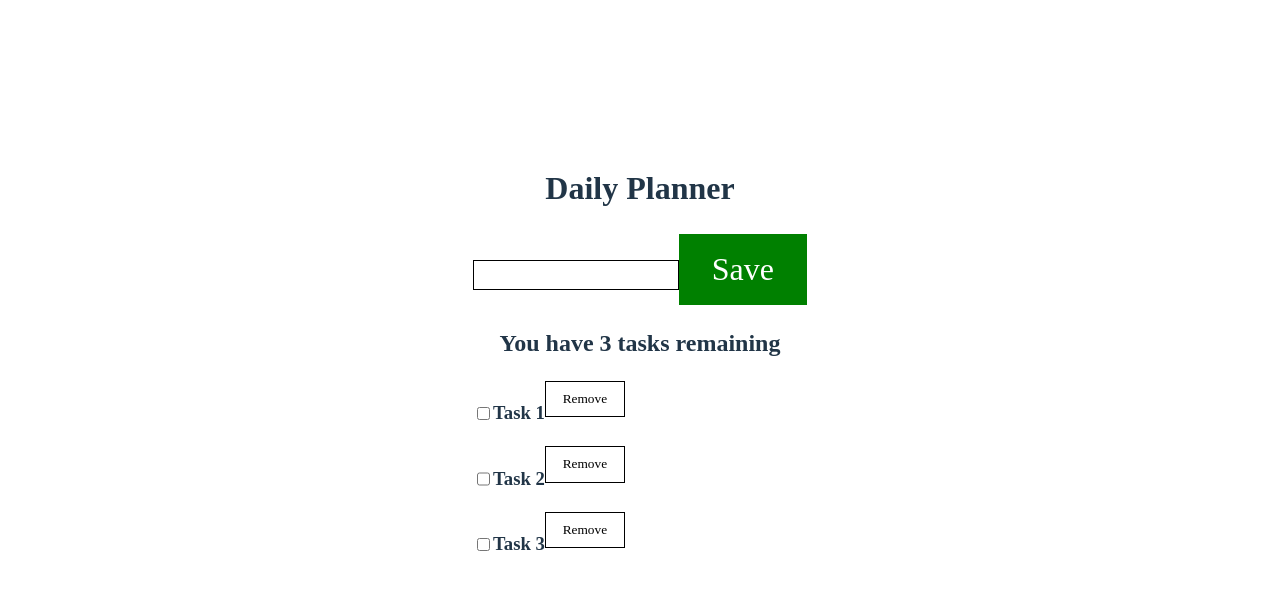
Repository: SamanthaYan298/my_planner
Page: /
These files come from the project's save history. The page is drawn as it stood at one moment and after the next save; the edit follows.
The browser window is 1280 px wide. The pictures show the whole page.
The project was rebuilt for these pictures with package versions that can differ from the ones it lists, and the page was loaded fresh each time. Also part of the build but not shown: vite.config.js.

Above is the page before, as saved 2024-10-07 17:08:59.

After the next save:
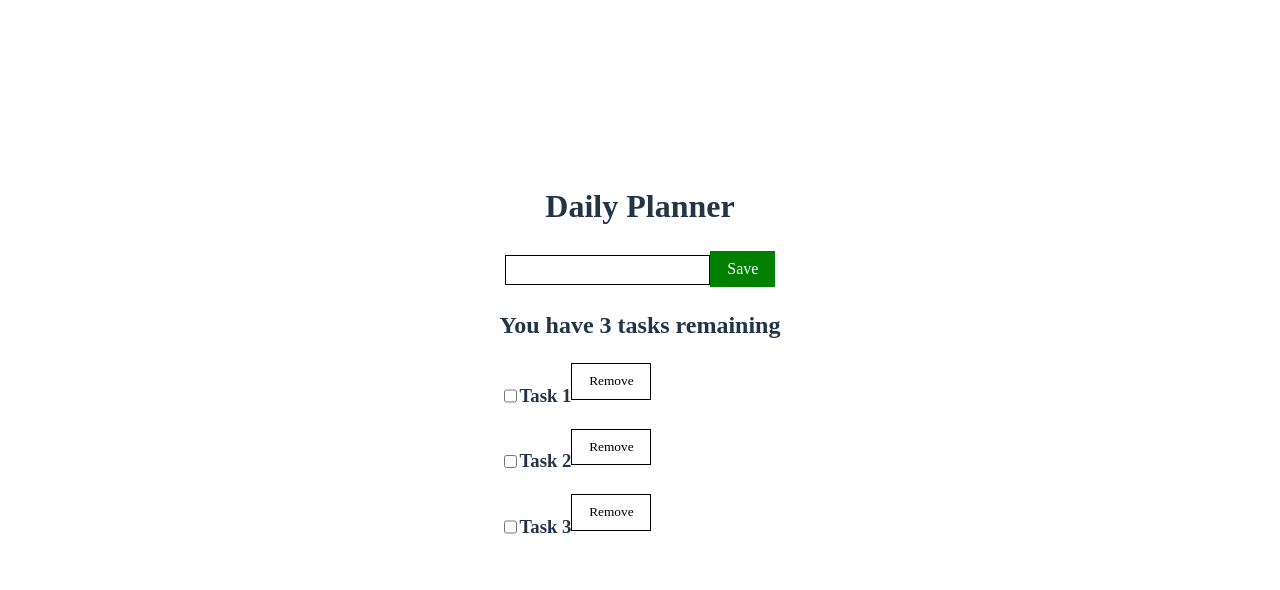
Saved 5 s later.
--- a/src/App.css
+++ b/src/App.css
@@ -17,7 +17,7 @@
   color: white;
   padding: 0.5em 1em;
   font-family: "Playfair Display", serif;
-  font-size: 2em;
+  font-size: 1em;
 }
 
 .task-btn {
